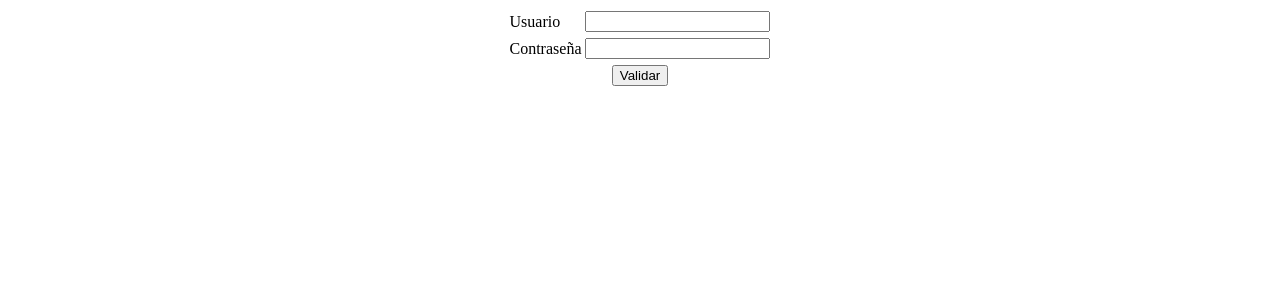
Repository: nixS26/LPII_CL2_IncacutipaNinfa
Page: http://localhost/LPII_CL2_IncacutipaNinfa/Logueo.jsp
An editor plug-in stored every save of this project. The page is shown before and after the next save, followed by the edit.
The browser window is 1280 px wide. The pictures show the whole page.
The page is served by Tomcat 9. Other server files are loaded and not shown.

Above is the page before, as saved 2024-06-21 17:03:50.

### LPII_CL2_IncacutipaNinfa/src/main/webapp/Logueo.jsp
<%@ page language="java" contentType="text/html; charset=ISO-8859-1"
    pageEncoding="ISO-8859-1"%>
<!DOCTYPE html PUBLIC "-//W3C//DTD HTML 4.01 Transitional//EN" "http://www.w3.org/TR/html4/loose.dtd">
<html>
<head>
<meta http-equiv="Content-Type" content="text/html; charset=ISO-8859-1">
<title>Insert title here</title>
</head>
<body>
<form action="ControladorLogueo" method="post">
<table align="center">
<tr>

<td>Usuario</td>
<td><input type="text" name="usuariocl2"></td>
<tr/>

<tr>
<td>Contraseña</td>
<td><input type="text" name="passwordcl2"></td>
<tr/>

<tr>
<td colspan="2" style="text-align:center">
<input type="submit" value="Validar"></td>
<tr/>

</table>


</form>
</body>
</html>

After the next save:
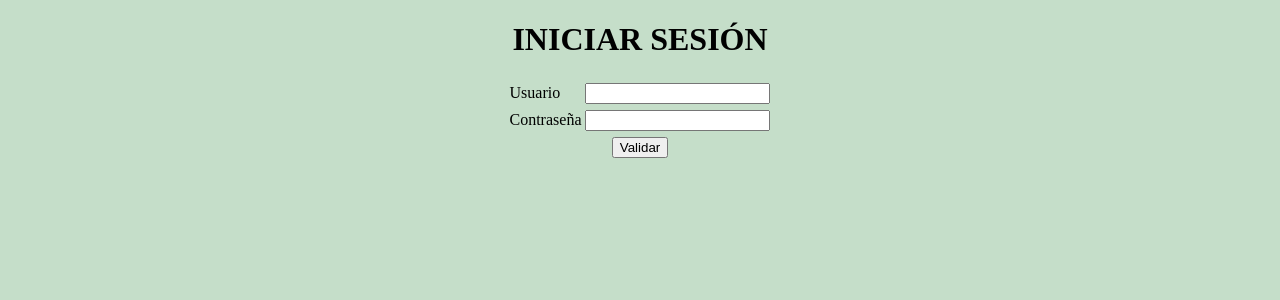
Saved 50 s later.
--- a/LPII_CL2_IncacutipaNinfa/src/main/webapp/Logueo.jsp
+++ b/LPII_CL2_IncacutipaNinfa/src/main/webapp/Logueo.jsp
@@ -6,7 +6,10 @@
 <meta http-equiv="Content-Type" content="text/html; charset=ISO-8859-1">
 <title>Insert title here</title>
 </head>
-<body>
+<body bgcolor=#c5dec9>
+<h1 align="center" >
+INICIAR SESIÓN
+</h1>
 <form action="ControladorLogueo" method="post">
 <table align="center">
 <tr>
